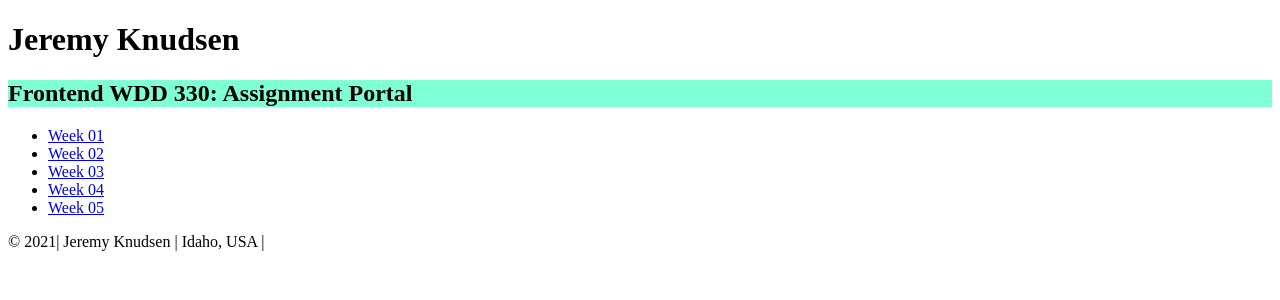
Repository: jknudsen97/WDD-330-Portfolio
Page: index.html
These files come from the project's save history. The page is drawn as it stood at one moment and after the next save; the edit follows.
The browser window is 1280 px wide. The pictures show the whole page.

Above is the page before, as saved 2021-10-20 19:18:10.

### index.html
<!DOCTYPE html>
<html lang="en-US">
  <head>
    <meta charset="UTF-8" />
    <meta http-equiv="X-UA-Compatible" content="IE=edge" />
    <meta name="viewport" content="width=device-width, initial-scale=1.0" />
    <meta name="author" content="Jeremy Knudsen" />
    <script src="js/main.js" defer></script>
    <script src="js/script.js" defer></script>
    <link rel="stylesheet" href="css/style.css">
    <link rel="preconnect" href="https://fonts.googleapis.com" />
    <link rel="apple-touch-icon" sizes="180x180" href="/apple-touch-icon.png" />
    <link rel="icon" type="image/png" sizes="32x32" href="/favicon-32x32.png" />
    <link rel="icon" type="image/png" sizes="16x16" href="/favicon-16x16.png" />
    <link rel="mask-icon" href="/safari-pinned-tab.svg" color="#5bbad5" />
    <meta name="msapplication-TileColor" content="#da532c" />
    <meta name="theme-color" content="#ffffff" />
    <link rel="shortcut icon" href="/favicon.ico" />

    <title>Jeremy Knudsen Web Frontend 2: WDD330</title>
  </head>
  <body>
    <main>
      <header>
        <h1 class="nametitle">Jeremy Knudsen</h1>
      </header>

      <h2 class="assignmentheader">Frontend WDD 330: Assignment Portal</h2>
      <div id="assignments"></div>
      <footer>
        &copy; <span id="currentyear"></span>| Jeremy Knudsen | Idaho, USA |
      </footer>
    </main>
  </body>
</html>

### js/main.js
const requestLinks = "json/main.json";

fetch(requestLinks)
.then(function (response) {
  return response.json();
})
.then(function (jsObject){
  const weeks = jsObject['assignments'];
  console.log(weeks);

  let block = document.createElement('div');
  let ulList = document.createElement('ul');

  weeks.forEach( week => {
    let li = document.createElement('li');
    let a = document.createElement('a');
    a.setAttribute('href', week.url);
    a.textContent = week.label;
    li.append(a);
    ulList.append(li);
  })
  block.append(ulList)
  document.querySelector('#assignments').append(block);
})

### js/script.js
const date = new Date();
const options = {
      weekday: "long",
      month: "long",
      day: "numeric",
      year: "numeric",
    };
document.querySelector("#currentyear").innerHTML
= date.getFullYear();

### css/style.css
.assignmentheader{
    background-color: aquamarine;
}

### json/main.json
{
    "assignments": [

       {
          "label": "Week 01",
          "url": "week1/teamactivity.html"
       },

       {
        "label": "Week 02",
        "url": "week2/teamactivity.html"
       },

       {
         "label": "Week 03",
         "url": "week3/teamactivity.html"
      },

      {
         "label": "Week 04",
         "url": "week4/teamactivity.html"
      },

      {
         "label": "Week 05",
         "url": "week5/teamactivity.html"
      }

    ]
 }

After the next save:
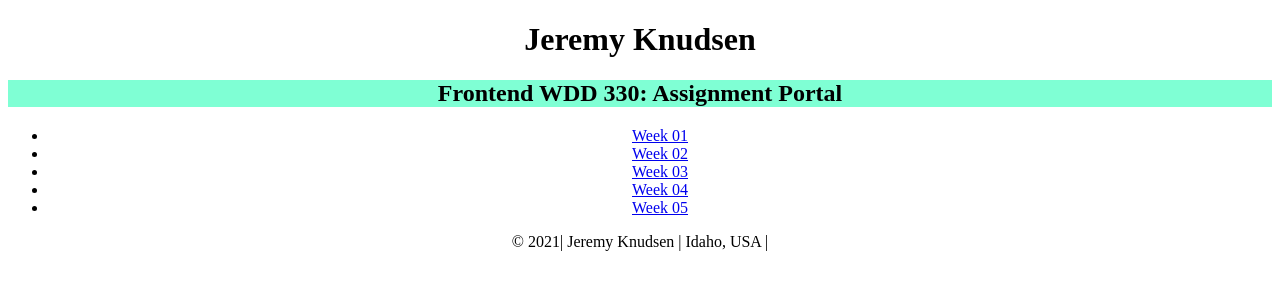
Saved 43 s later.
--- a/css/style.css
+++ b/css/style.css
@@ -1,3 +1,7 @@
+main{
+    text-align: center;
+}
+
 .assignmentheader{
     background-color: aquamarine;
 }
